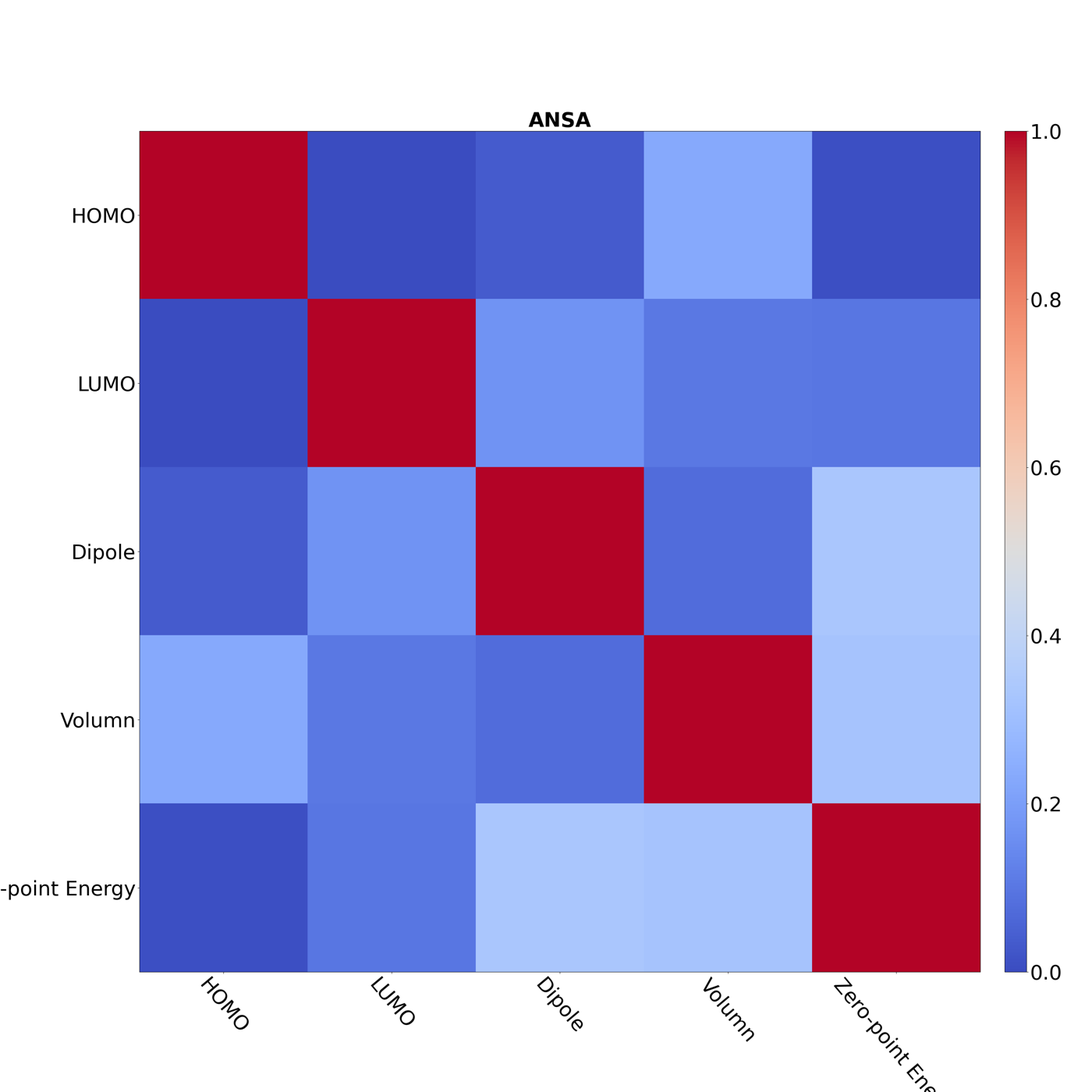
Repository: Reecy-Z/Exploring-stereochemical-representation
Script's output: python correlation.py
The author's editor kept a copy of each file at every save. The script's output is drawn from the files as they stood at one save, then again after the next save.
The pictures are shown at 78% of full size.
Figures wider than 1,400 px are first shrunk to that width. Random numbers start from a fixed seed.

Above is the script's output before, as saved 2022-02-28 16:24:10.

After the next save:
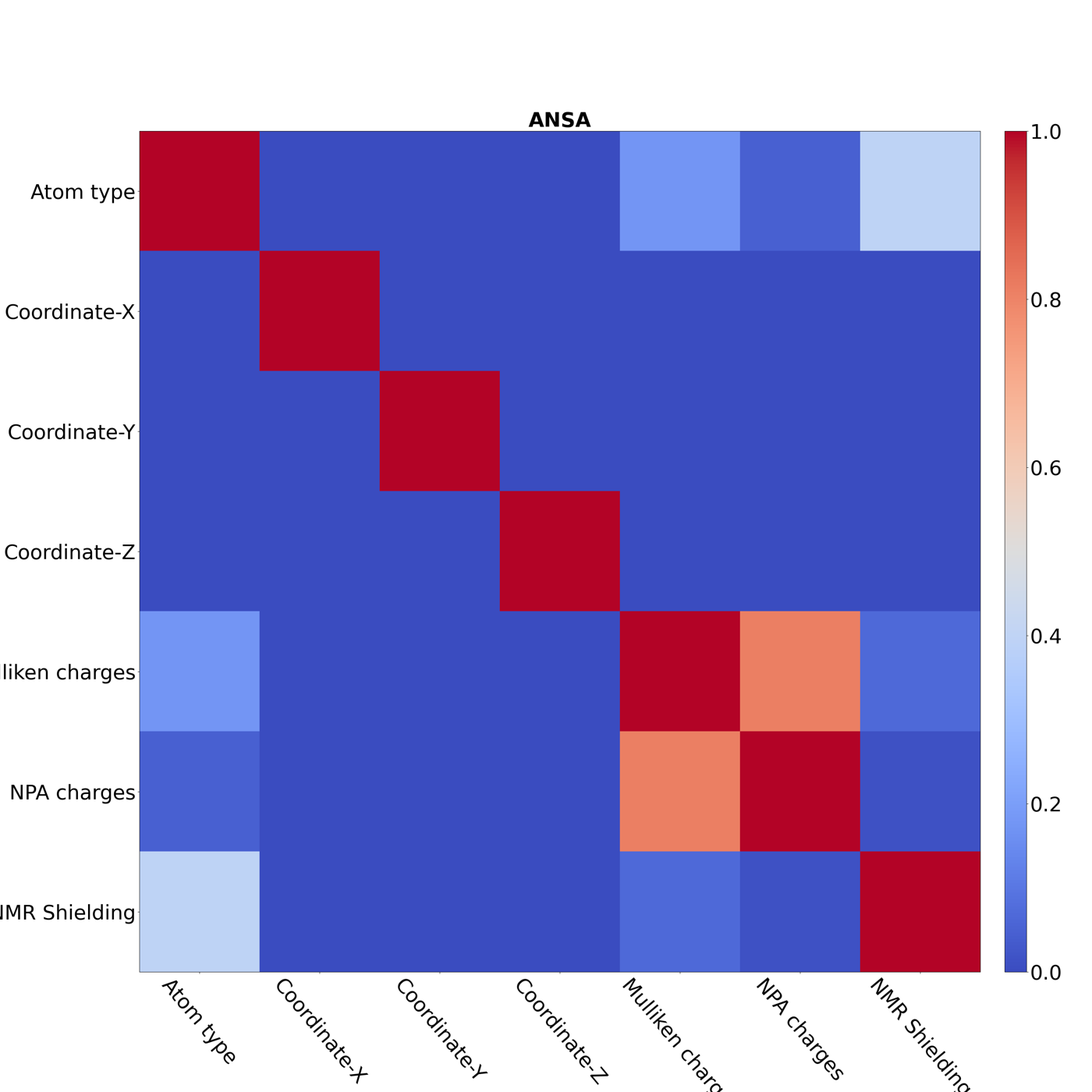
Saved 33 s later.
--- a/correlation.py
+++ b/correlation.py
@@ -25,11 +25,11 @@ def corr_graph(Data,title):
     R,C = np.where(np.triu(arr,1)>0.9)
     out_arr = np.column_stack((index_names[R],col_names[C],arr[R,C]))
     df_corr = pd.DataFrame(out_arr,columns=[['row_name','col_name','R2']])
-    plt.savefig('.\correlation analysis\ANSA\ANSA_MD.png', dpi = 300)
+    plt.savefig('.\correlation analysis\ANSA\ANSA_AD.png', dpi = 300)
     return(df_corr)
 
 titles = ['BHA','SMC','ANSA']
-file = '.\correlation analysis\ANSA\MD.csv'
+file = '.\correlation analysis\ANSA\AD.csv'
 Data = pd.read_csv(file)
 title = 'ANSA'
 corr_graph(Data,title)
